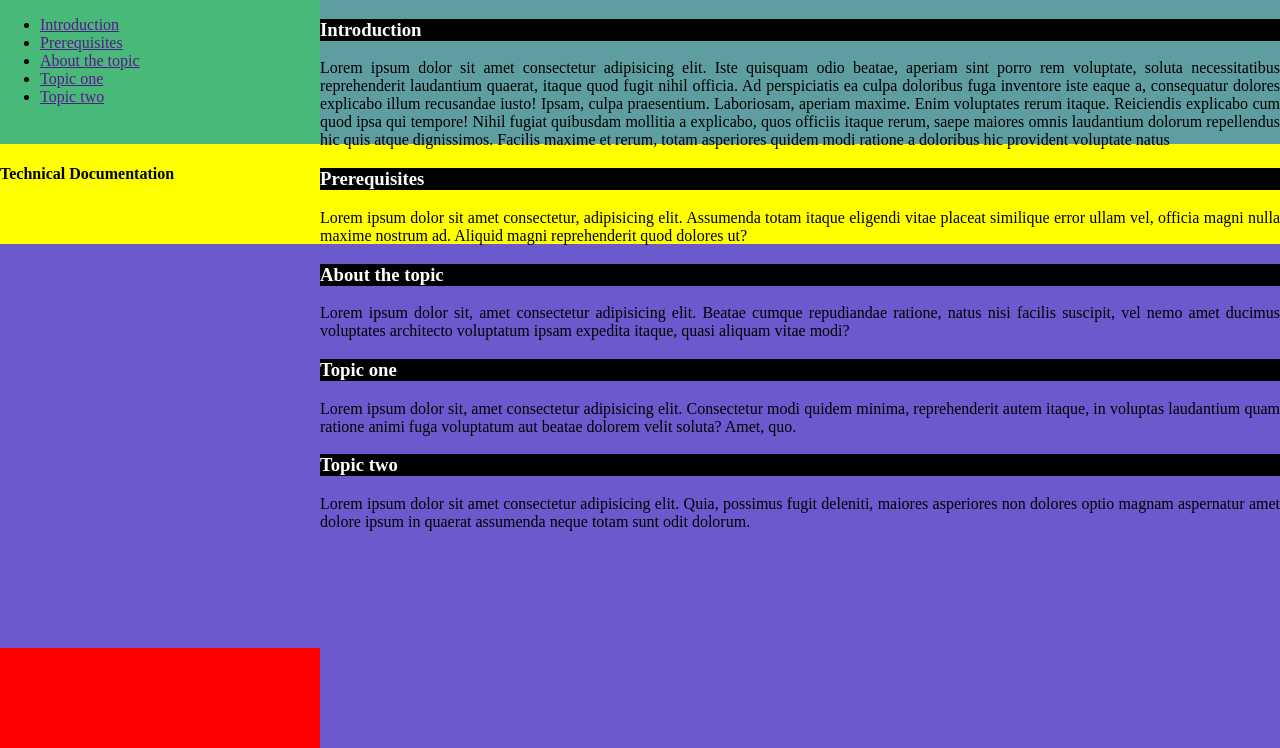
Repository: JoaoLemesDEV/Excercise-Tech-Documentation-Page
Page: index.html
The author's editor kept a copy of each file at every save. The page is drawn from the files as they stood at one save, then again after the next save.
The browser window is 1280 px wide. The pictures show the whole page.

Above is the page before, as saved 2021-10-03 21:44:29.

After the next save:
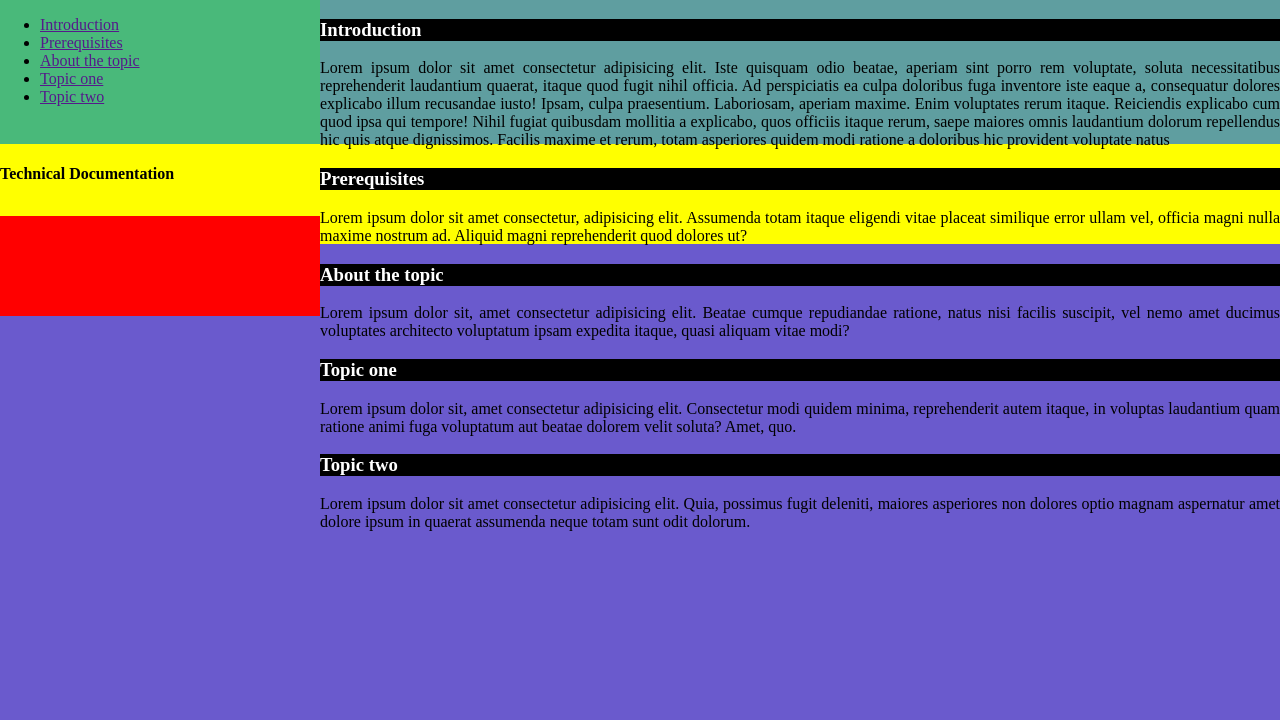
Saved 13 s later.
--- a/index.css
+++ b/index.css
@@ -8,7 +8,7 @@ html body{
 .wrapper {
     display: grid;
     grid-template-columns: 1fr 3fr;
-    grid-template-rows: 20vh 70vh 10vh;
+    grid-template-rows: 20vh 10vh 10vh;
 }
 
 header{
